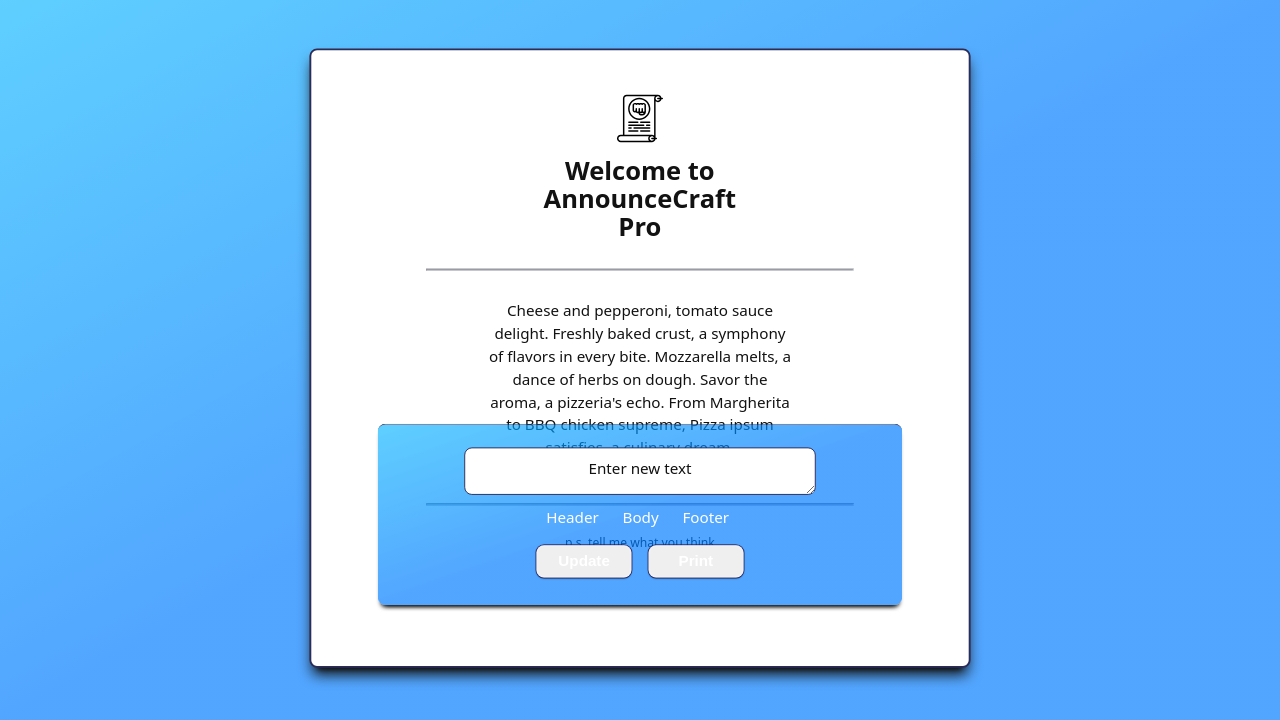
Repository: Freezler/AnnounceCraft
Page: index.html
An editor plug-in stored every save of this project. The page is shown before and after a run of saves, followed by the edit.
The browser window is 1280 px wide. The pictures show the whole page.

Above is the page before, as saved 2024-01-22 21:10:35.

After the next 2 saves:
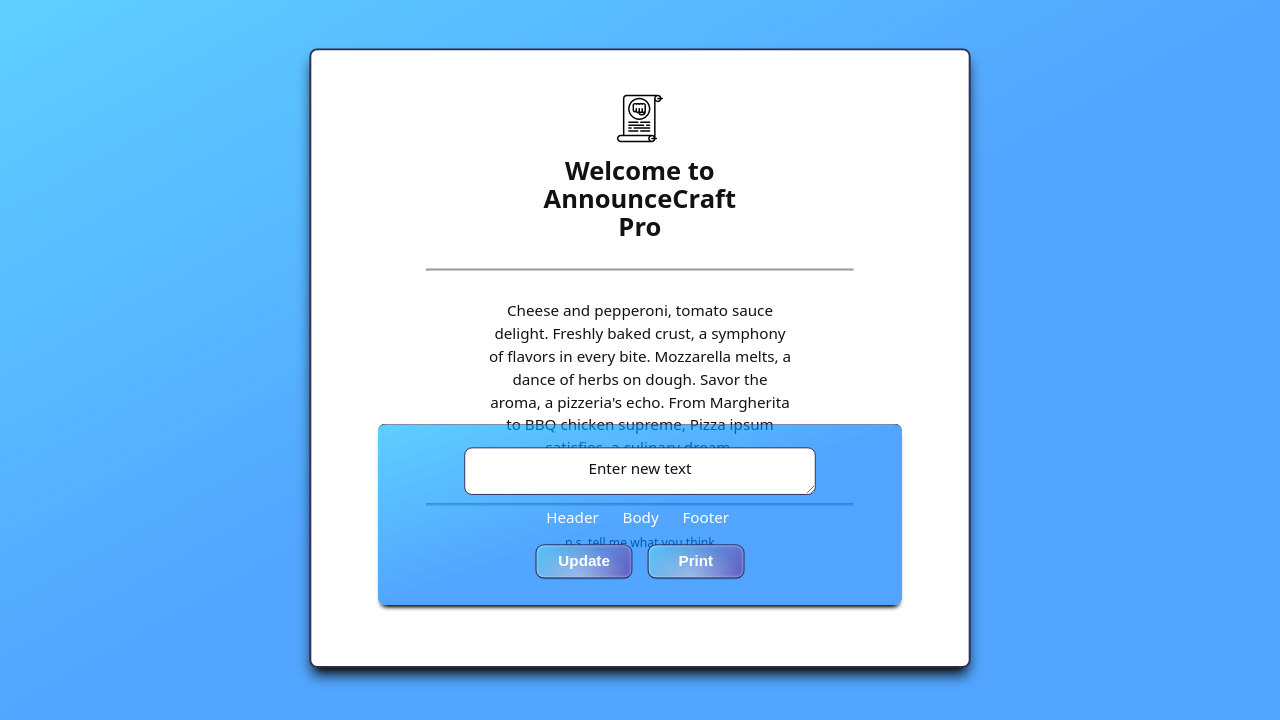
The 2 saves are shown as one change because they came seconds apart.
The last was saved 7 s later.
--- a/style.css
+++ b/style.css
@@ -266,7 +266,7 @@ svg {
     font-weight: 600;
     color: #fff;
     box-shadow: rgba(32, 27, 92, 0.8) 0px 0px 0px 1px, rgba(255, 255, 255, 0.7) 0 0 3px 0 inset, 0 1px 2px 0 rgba(0, 0, 0, .5);
-    background-image: radial-gradient(53% 87% at 44% 90%, rgba(255, 255, 255, 0.36) 0%, transparent 100%), linear-gradient0deg, var(--polkadot-cyan) 0%, #635cc0 100%);
+    background-image: radial-gradient(53% 87% at 44% 90%, rgba(255, 255, 255, 0.36) 0%, transparent 100%), linear-gradient(130deg, var(--polkadot-cyan) 0%, #635cc0 100%);
 }
 
 
